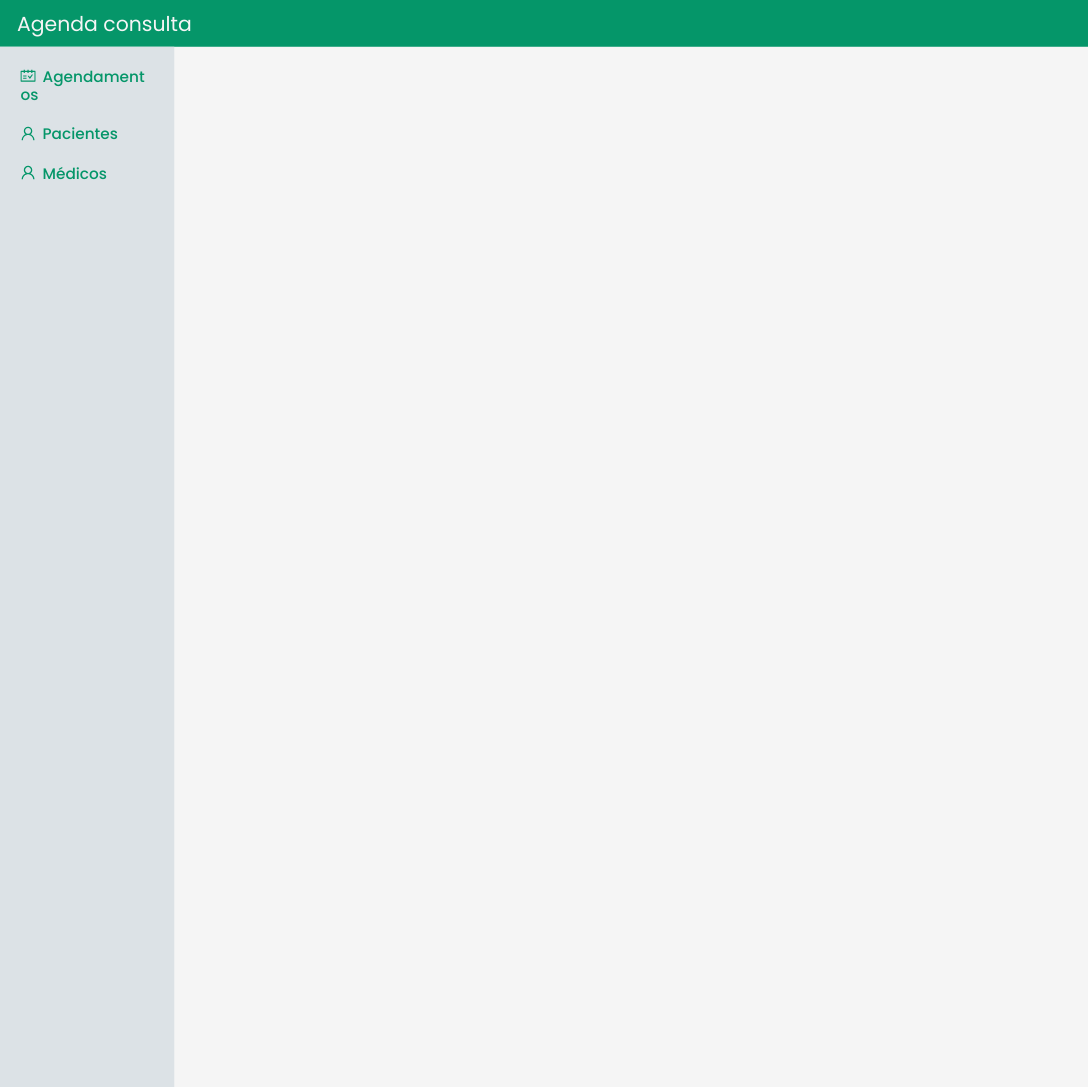
Repository: BarbaraCD/agendaconsulta
Page: /
These files come from the project's save history. The page is drawn as it stood at one moment and after the next save; the edit follows.
The browser window is 1280 px wide. The pictures show the whole page, at 85% of full size.
The project was rebuilt for these pictures with package versions that can differ from the ones it lists, and the page was loaded fresh each time. Also part of the build but not shown: vite.config.ts, src/styles/StyleList.ts, src/components/Doctors.tsx, src/services/ApiConfig.ts, src/services/doctor.services.ts, src/styles/InputContainer.ts, src/components/InputDoctors.tsx, src/components/SubmitButton.tsx and 10 more.

Above is the page before, as saved 2023-08-11 15:11:02.

After the next save:
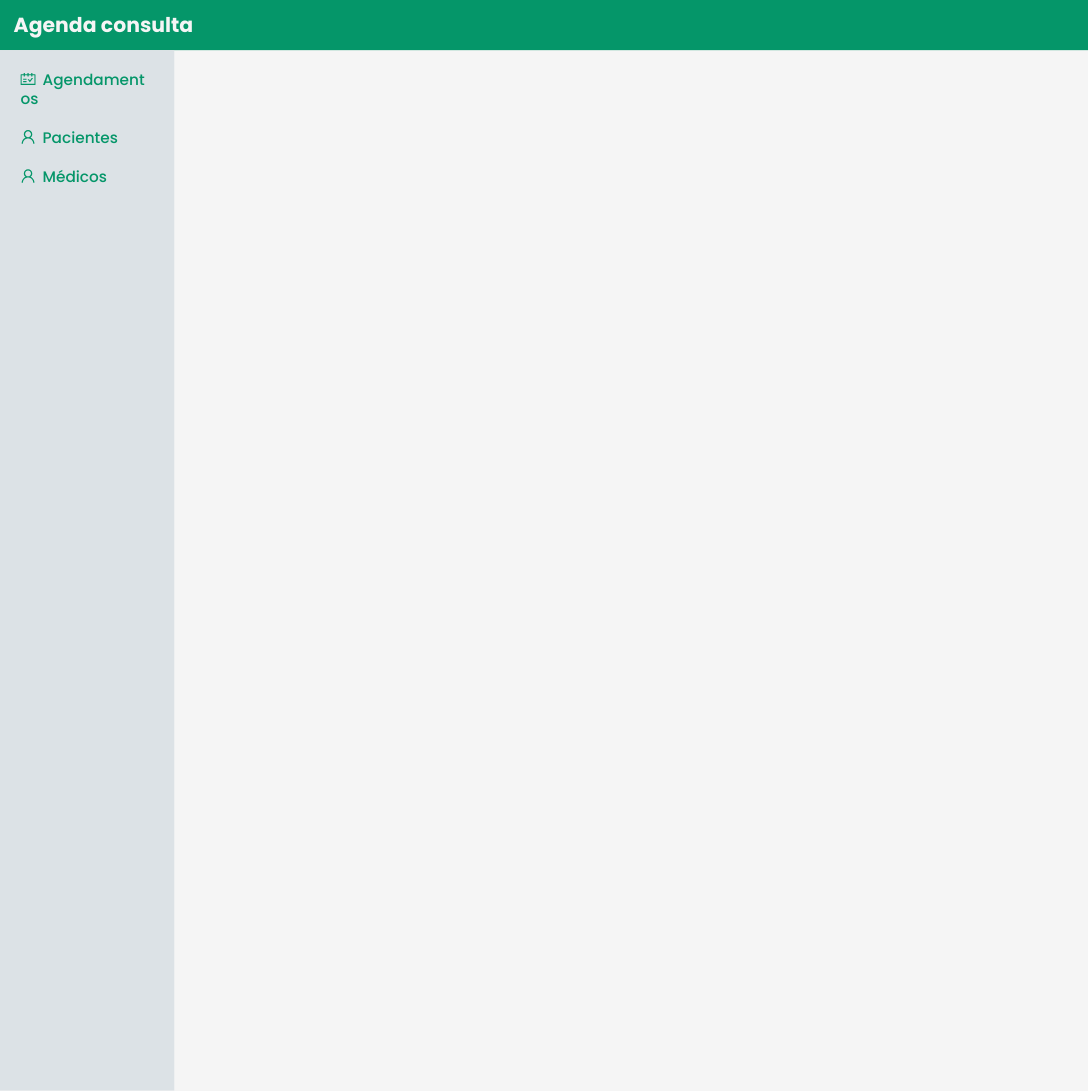
Saved 47 s later.
--- a/src/components/Header.tsx
+++ b/src/components/Header.tsx
@@ -3,17 +3,16 @@ import { styled } from 'styled-components'
 
 const Container = styled.div`
   background-color: ${(props) => props.theme.colors.primary};
-  padding: 10px;
-  width: 100%;
+  padding: 12px 16px;
+  min-width: 80vw;
+  font-weight: 700;
 `
 
 const StyleRoute = styled(Link)`
   text-decoration: none;
   font-size: ${(props) => props.theme.size.xxl};
   color: ${(props) => props.theme.colors.white};
-  padding-left: 10px;
-  align-items: center;
-  justify-content: center;
+  overflow: visible;
   word-break: normal;
 `
 
